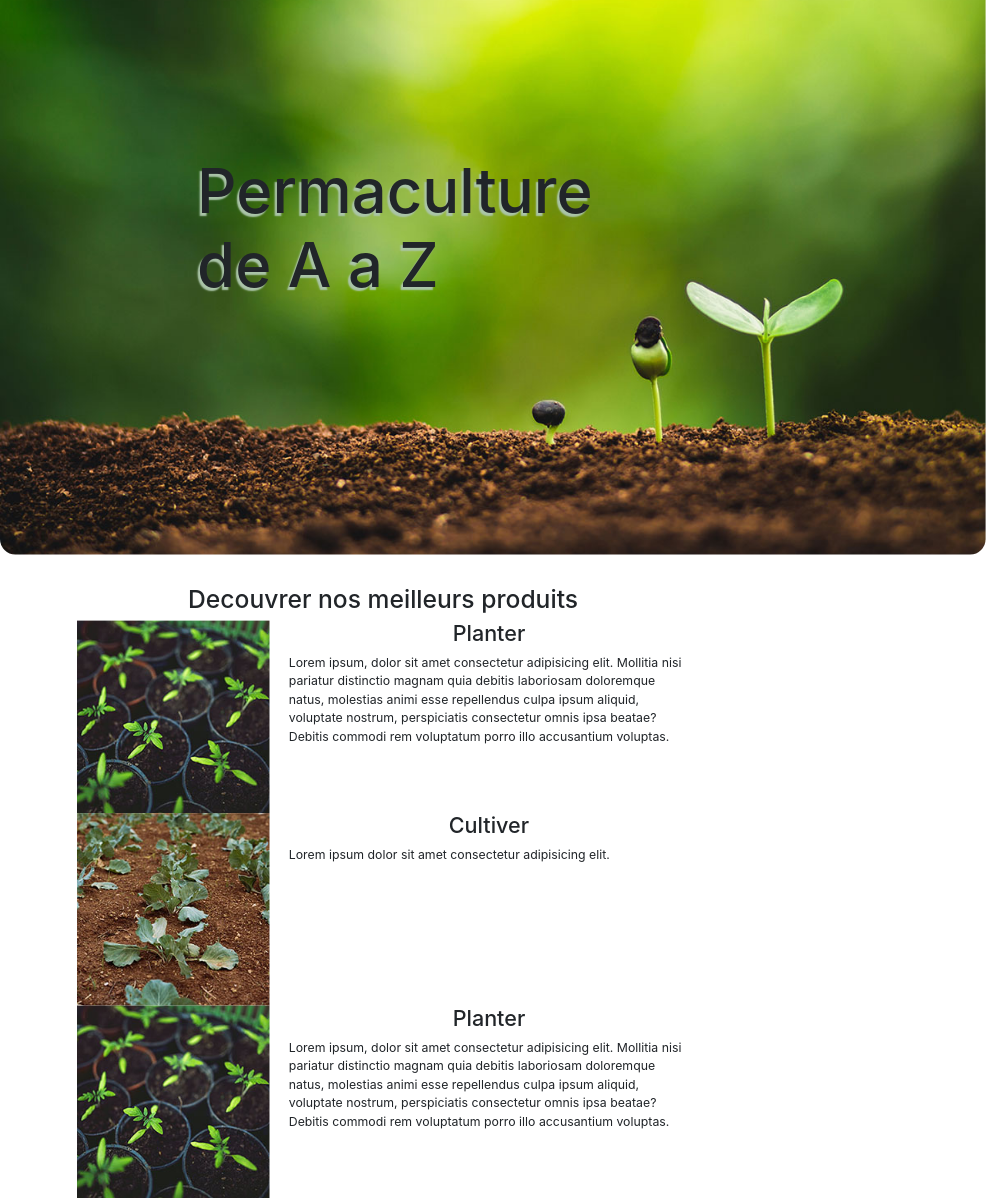
Repository: ahthionkevin/permaculture
Page: index.html
The author's editor kept a copy of each file at every save. The page is drawn from the files as they stood at one save, then again after the next save.
The browser window is 1280 px wide. The pictures show the whole page, at 77% of full size.

Above is the page before, as saved 2021-07-06 21:43:22.

### index.html
<!DOCTYPE html>
<html lang="fr">
<head>
    <meta charset="UTF-8">
    <meta http-equiv="X-UA-Compatible" content="IE=edge">
    <meta name="viewport" content="width=device-width, initial-scale=1.0">
    <title>Document</title>
    <link rel="stylesheet" href="./bootstrap.css">
    <link rel="stylesheet" href="./style.css">
</head>
<body>
    <header>
        <h1>Permaculture <br>de A a Z</h1>
    </header>
    <div class="container">
        <div class="row">
            <div class="col-lg-9" id="leftPart">
                <h2>Decouvrer nos meilleurs produits</h2>
                <div class="container">
                    <div class="row element">
                        <div class="col-sm-4">
                            <img src="./media/planter.jpg" alt="planter">
                        </div>
                        <div class="col-sm-8">
                            <h3>Planter</h3>
                            <p>Lorem ipsum, dolor sit amet consectetur adipisicing elit. Mollitia nisi pariatur distinctio magnam quia debitis laboriosam doloremque natus, molestias animi esse repellendus culpa ipsum aliquid, voluptate nostrum, perspiciatis consectetur omnis ipsa beatae? Debitis commodi rem voluptatum porro illo accusantium voluptas.</p>
                        </div>
                    </div>

                    <div class="row element">
                        <div class="col-sm-4">
                            <img src="./media/cultiver.jpg" alt="cultiver">
                        </div>
                        <div class="col-sm-8">
                            <h3>Cultiver</h3>
                            <p>Lorem ipsum dolor sit amet consectetur adipisicing elit.</p>
                        </div>
                    </div>

                    <div class="row element">
                        <div class="col-sm-4">
                            <img src="./media/planter.jpg" alt="planter">
                        </div>
                        <div class="col-sm-8">
                            <h3>Planter</h3>
                            <p>Lorem ipsum, dolor sit amet consectetur adipisicing elit. Mollitia nisi pariatur distinctio magnam quia debitis laboriosam doloremque natus, molestias animi esse repellendus culpa ipsum aliquid, voluptate nostrum, perspiciatis consectetur omnis ipsa beatae? Debitis commodi rem voluptatum porro illo accusantium voluptas.</p>
                        </div>
                    </div>
                </div>
            </div>
            <div class="col-lg-3" id="rightPart">

            </div>
        </div>
    </div>

</body>
</html>

### style.css
html{
    scroll-behavior: smooth;
}

h2, h3, h4, .nav-item, #transition, footer{
    text-align: center;
}

header{
    background: url(./media/main.jpg) no-repeat 50% 50%;
    background-size: cover;
    height: 100vh;
    border-radius: 0 0 20px 20px;
    margin-bottom: 40px;
}

h1{
    font-size: 5rem;
    padding: 200px 0 0 20%;
    text-shadow: -3px 3px 2px #abc5a9;
    animation: titre ease 3.5s;
}

@keyframes titre {
    0%{
        opacity: 0;
        transform: translate(0px,180px);
    }
    100%{
        opacity: 1;
        transform: translate(0px,0px);
    }
}

Loaded but not shown: bootstrap.css (library)

After the next save:
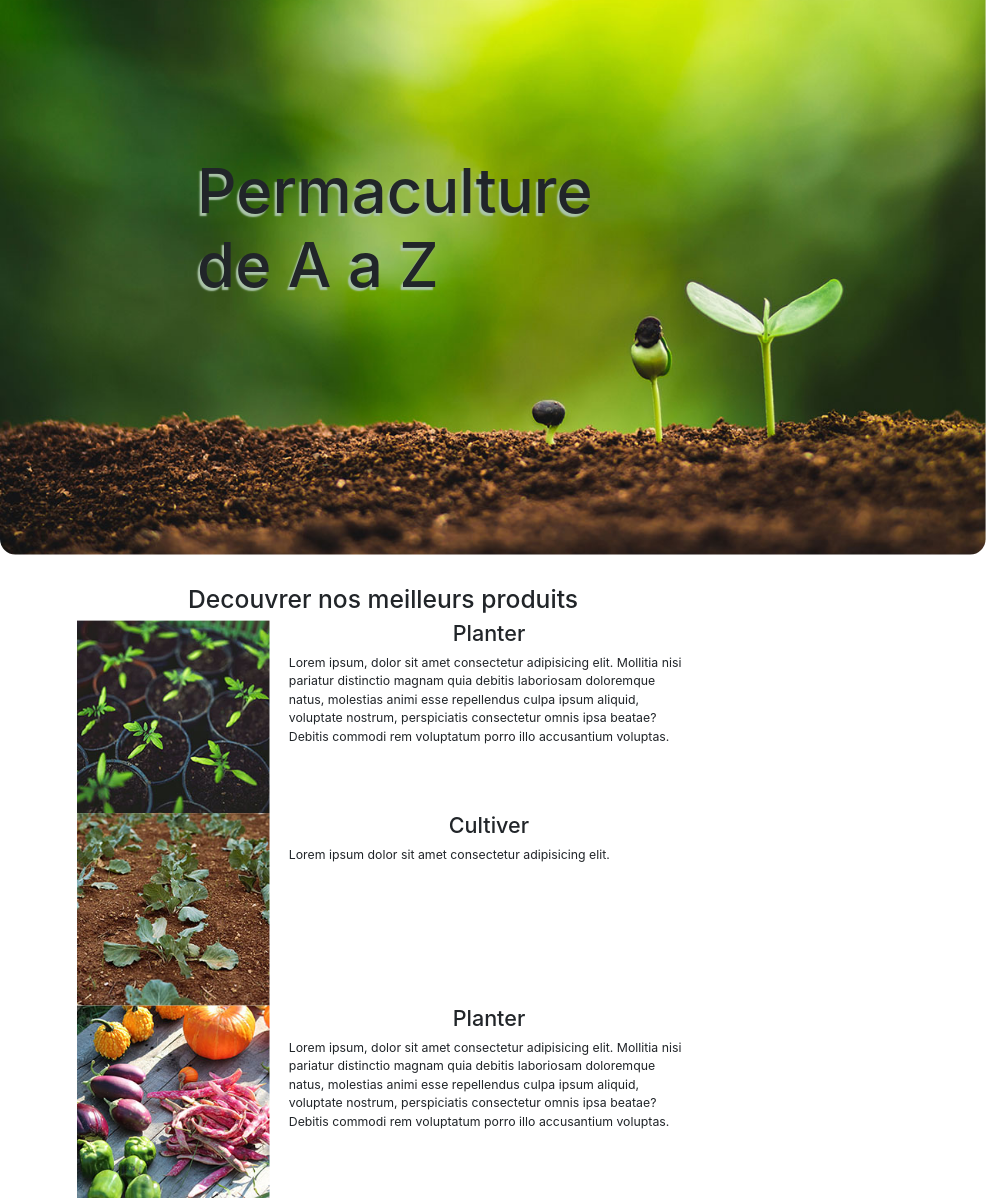
Saved 14 s later.
--- a/index.html
+++ b/index.html
@@ -39,7 +39,7 @@
 
                     <div class="row element">
                         <div class="col-sm-4">
-                            <img src="./media/planter.jpg" alt="planter">
+                            <img src="./media/savourer.jpg" alt="savourer">
                         </div>
                         <div class="col-sm-8">
                             <h3>Planter</h3>
